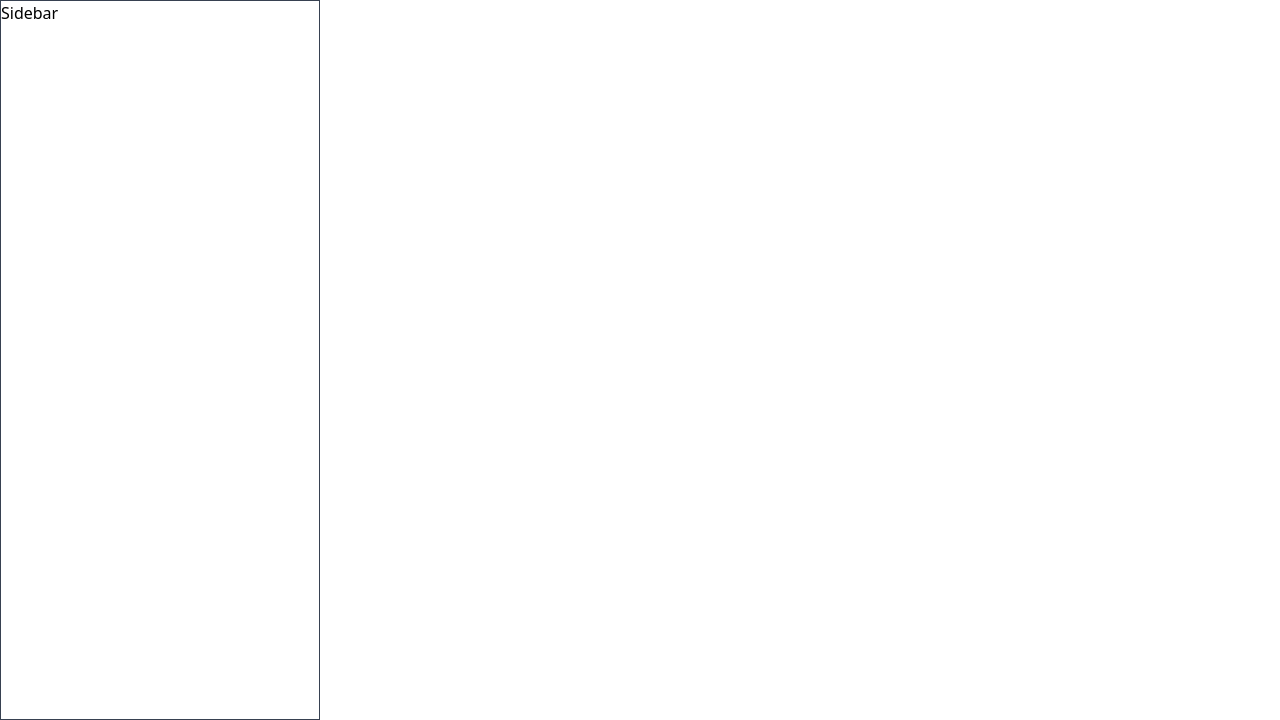
Repository: Qu4ntumGuy/telegram-clone
Page: /
The author's editor kept a copy of each file at every save. The page is drawn from the files as they stood at one save, then again after the next save.
The browser window is 1280 px wide. The pictures show the whole page.
The project was rebuilt for these pictures with package versions that can differ from the ones it lists, and the page was loaded fresh each time. Also part of the build but not shown: src/Utils/ContextProvider.js.

Above is the page before, as saved 2024-07-15 10:48:37.

After the next save:
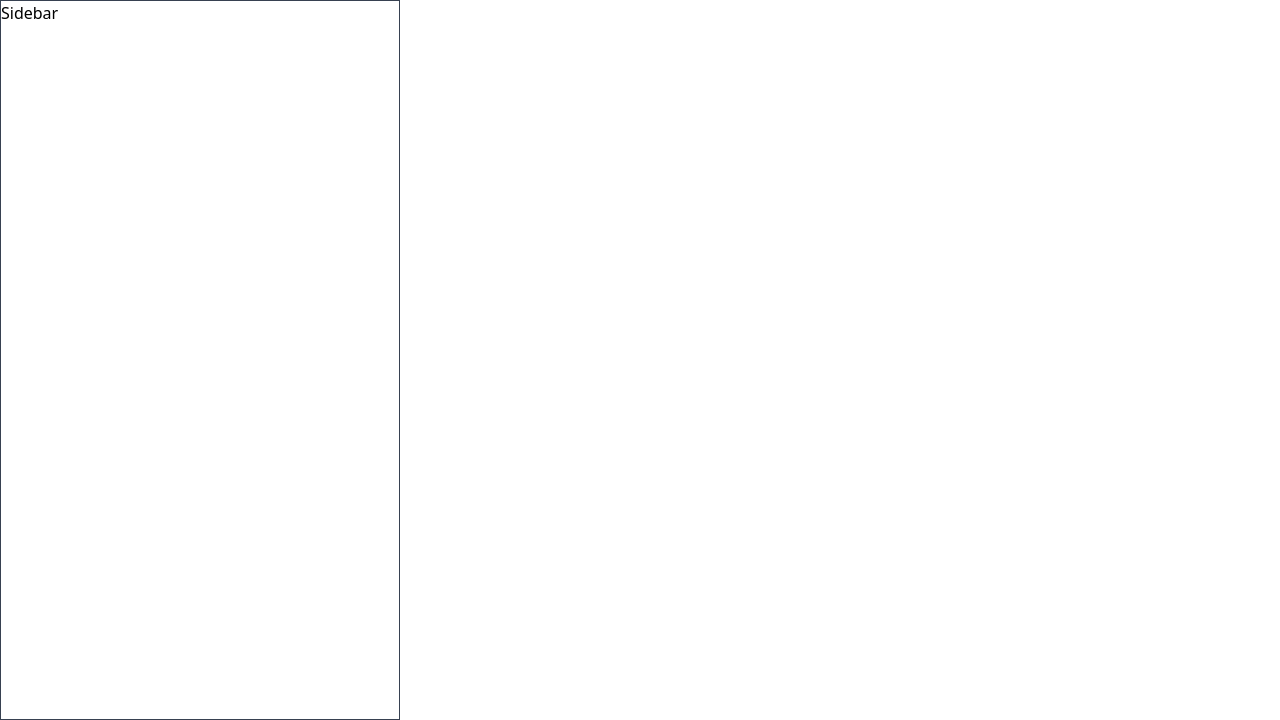
Saved 30 s later.
--- a/src/Components/Sidebar.js
+++ b/src/Components/Sidebar.js
@@ -4,7 +4,7 @@ import { useComponentContext } from "../Utils/ContextProvider";
 function Sidebar() {
   const context = useComponentContext();
   return (
-    <div className="min-w-[20rem] border border-gray-700 h-screen">Sidebar</div>
+    <div className="min-w-[25rem] border border-gray-700 h-screen">Sidebar</div>
   );
 }
 
